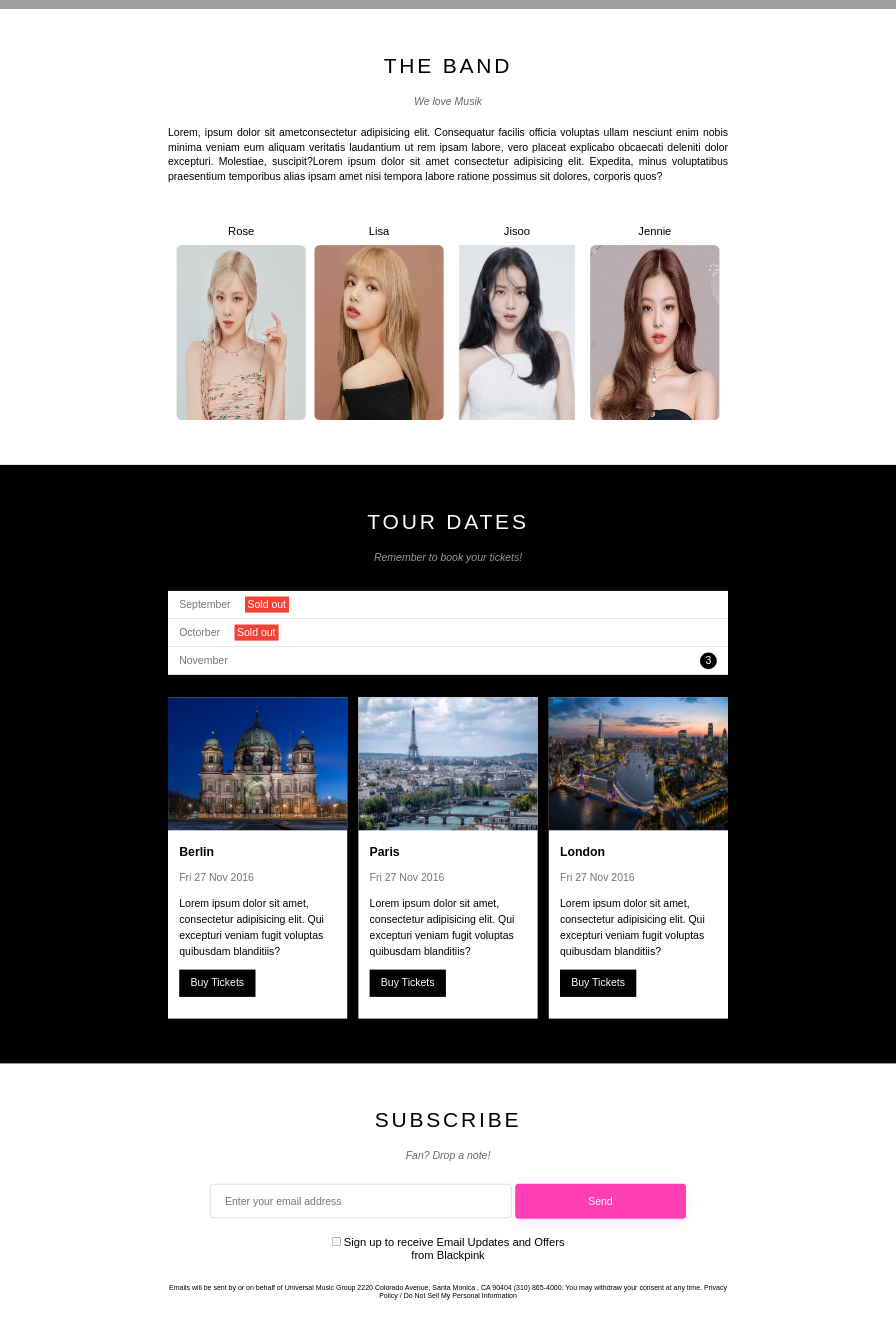
Repository: AiTrinh303/First-Project
Page: /
These files come from the project's save history. The page is drawn as it stood at one moment and after the next save; the edit follows.
The browser window is 1280 px wide. The pictures show the part of the page from y = 673 to 2593 px (the page is 2593 px tall before and 2586 px after), at 70% of full size.
Pictures or frames that could not be fetched are drawn as grey boxes. The project was rebuilt for these pictures with package versions that can differ from the ones it lists, and the page was loaded fresh each time.

Above is the page before, as saved 2024-01-23 10:21:22.

After the next save:
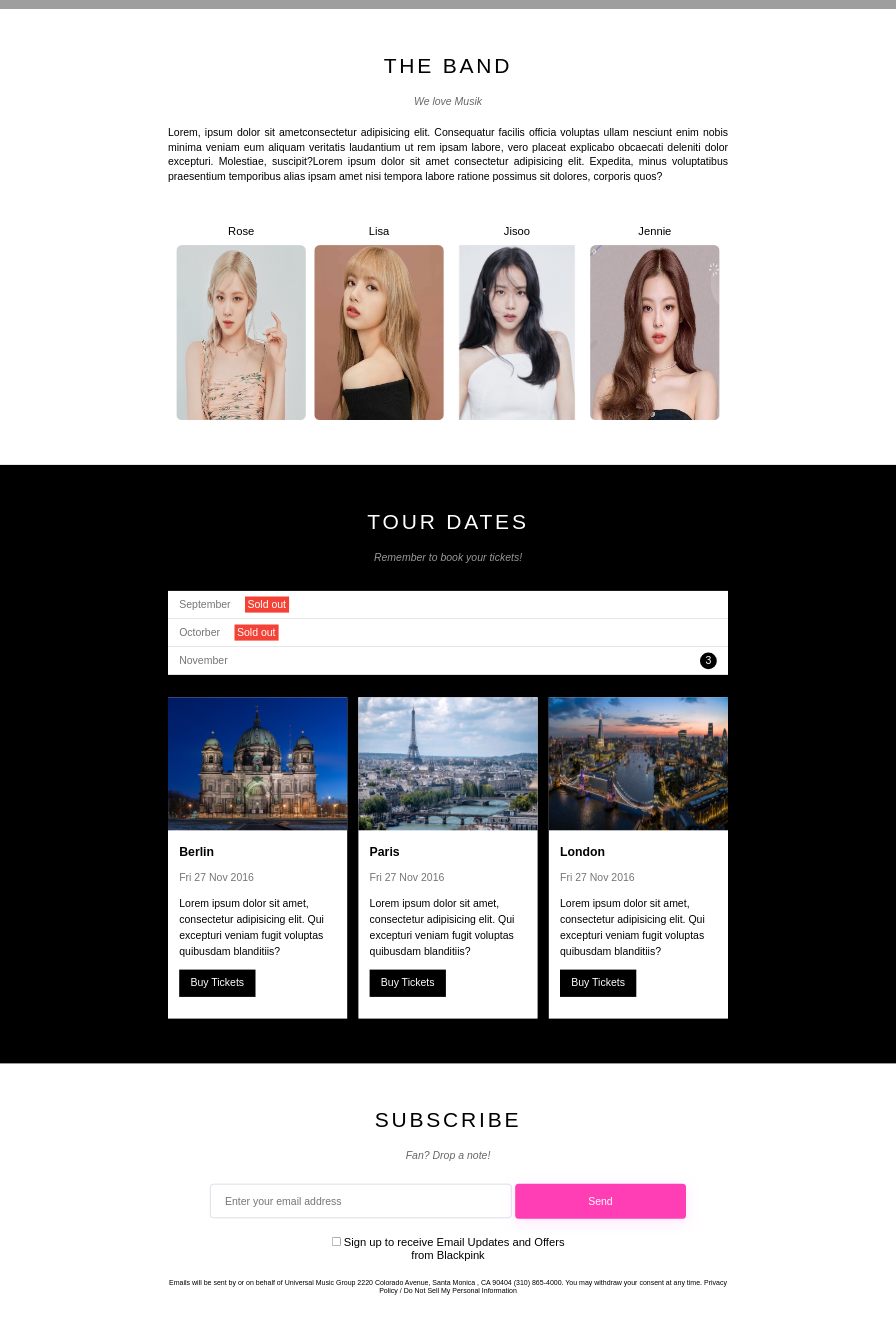
Saved 6 s later.
--- a/src/styles/main.css
+++ b/src/styles/main.css
@@ -316,7 +316,7 @@
 
 .form-notice{
   font-size: 10px;
-  margin-top: 32px;
+  margin-top: 25px;
 }
 
 #footer{
